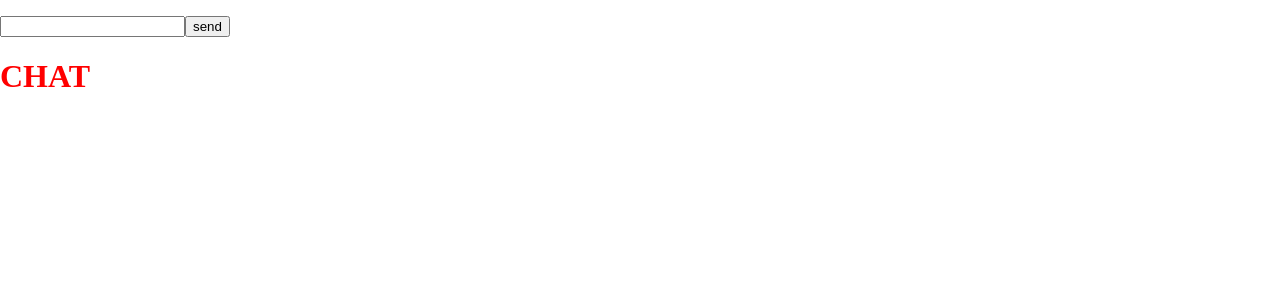
Repository: RiteshK555/chat-app
Page: index.html
An editor plug-in stored every save of this project. The page is shown before and after the next save, followed by the edit.
The browser window is 1280 px wide. The pictures show the whole page.

Above is the page before, as saved 2021-09-24 23:29:24.

After the next save:
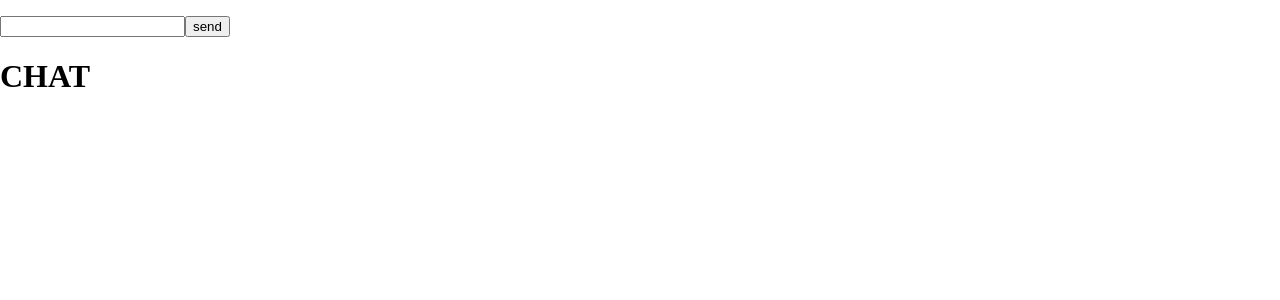
Saved 10 s later.
--- a/styles.css
+++ b/styles.css
@@ -1,9 +1,9 @@
 #button{
     margin:0px;
 }
-#h1{
+/* #h1{
     color:red;
-}
+} */
 body{
     margin:0px;
 }
